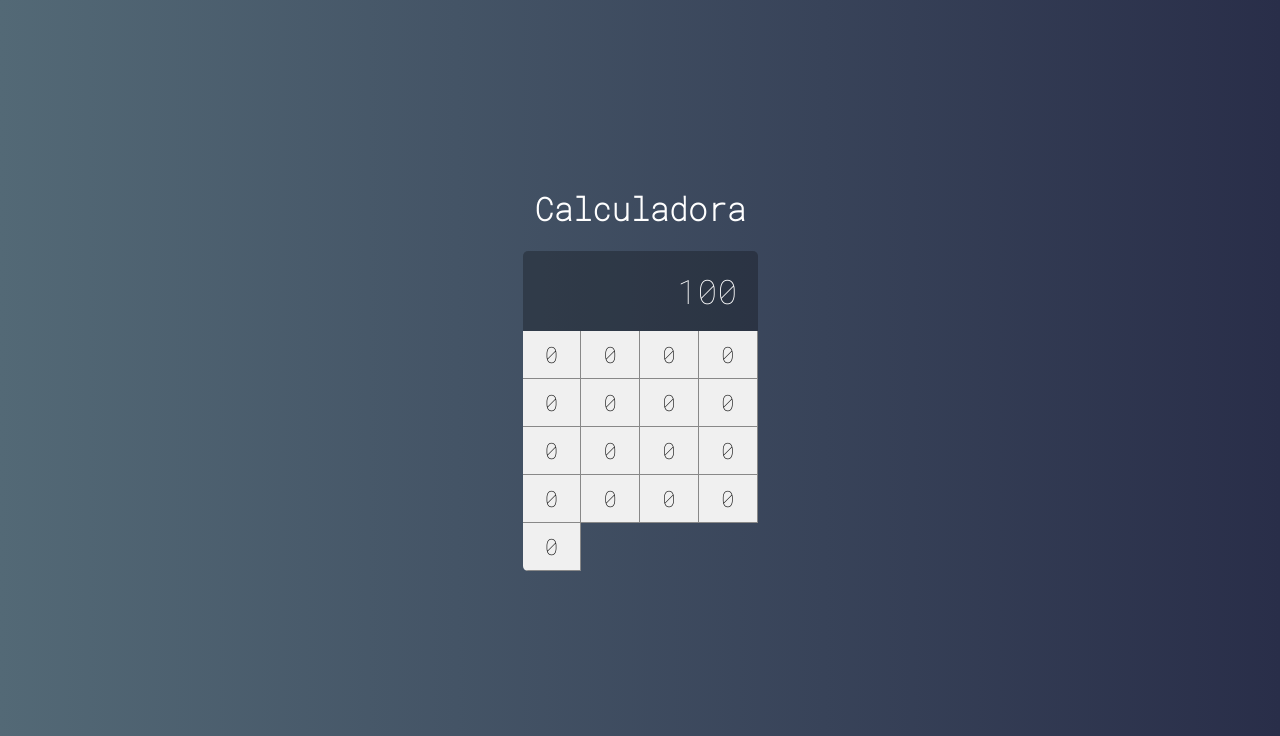
Repository: wellingtondevops/react-Calculator
Page: / (app in calculadora/)
The author's editor kept a copy of each file at every save. The page is drawn from the files as they stood at one save, then again after the next save.
The browser window is 1280 px wide. The pictures show the whole page.
The project was rebuilt for these pictures with package versions that can differ from the ones it lists, and the page was loaded fresh each time.

Above is the page before, as saved 2020-05-07 15:15:49.

### calculadora/src/index.js
import React from 'react';
import ReactDOM from 'react-dom';
import './index.css';
import Calculator from './main/Calculator'
import * as serviceWorker from './serviceWorker';

ReactDOM.render(
  <div>
  <h1>Calculadora</h1>
  <Calculator />
  </div>,
  document.getElementById('root')
);

// If you want your app to work offline and load faster, you can change
// unregister() to register() below. Note this comes with some pitfalls.
// Learn more about service workers: https://bit.ly/CRA-PWA
serviceWorker.unregister();

### calculadora/src/index.css
@font-face {
  font-family: 'RobotoMono';
  src: url('./fonts/RobotoMono-Thin.ttf')
}

* {
  font-family: 'RobotoMOno', monospace;
}

body {
  display: flex;
  height: 100vh;
  justify-content: center;
  align-items: center;
  text-align: center;

  color: #fff;
  background: linear-gradient(to right, rgb(83, 105 , 118), rgb(41, 46, 73));


}

### calculadora/src/main/Calculator.jsx
import React, {Component} from 'react'
import './Calculator.css'
import Button from '../components/Button'
import Display from '../components/Display'

export default class Calculator extends Component {
    render() {
        return (
            <div className="calculator">
                <Display value={100} />
                <Button label="AC"/>
                <Button label="/" />
                <Button label="7" />
                <Button label="8" />
                <Button label="9" />
                <Button label="*" />
                <Button label="4" />
                <Button label="5" />
                <Button label="6" />
                <Button label="-" />
                <Button label="1" />
                <Button label="2" />
                <Button label="3" />
                <Button label="+" />
                <Button label="0" />
                <Button label="." />
                <Button label="=" />
            </div>
        )
    }
}

### calculadora/src/main/Calculator.css
.calculator {
    height: 320px;
    width: 235px;
    border-radius: 5px;
    overflow: hidden;
    display: grid;
    grid-template-columns: repeat(4,25%);
    grid-template-rows: 1fr 48px 48px 48px 48px 48px ;
}

### calculadora/src/components/Button.jsx
import React from 'react'
import './Button.css'


export default props =>
    <button className='button'>0</button>

### calculadora/src/components/Display.jsx
import React, {Component} from 'react'
import './Display.css'

export default props =>
<div className="display">{props.value}</div>

### calculadora/src/components/Button.css
:root {
    --bg-button: #f0f0f0;
    --border-button: solid 1px #888;

}

.button {
    font-size: 1.4em;
    background-color:  var(--bg-button);
    border: none;
    border-right: var(--border-button);
    border-bottom: var(--border-button);
    outline: none;
}

.button:active {
    background-color: #ccc;
}
.button.double {
    grid-column: span 2;
}
.button.triple {
    grid-column: span 3;
}
.button.operation {
    background-color:#fa8231 ;
    color: #FFF;
}
.button.operation.button:active {
    background-color: #fa8231cc;
}

Loaded but not shown: calculadora/public/index.html (common file); calculadora/src/serviceWorker.js (common file); calculadora/src/components/Display.css (common file)

After the next save:
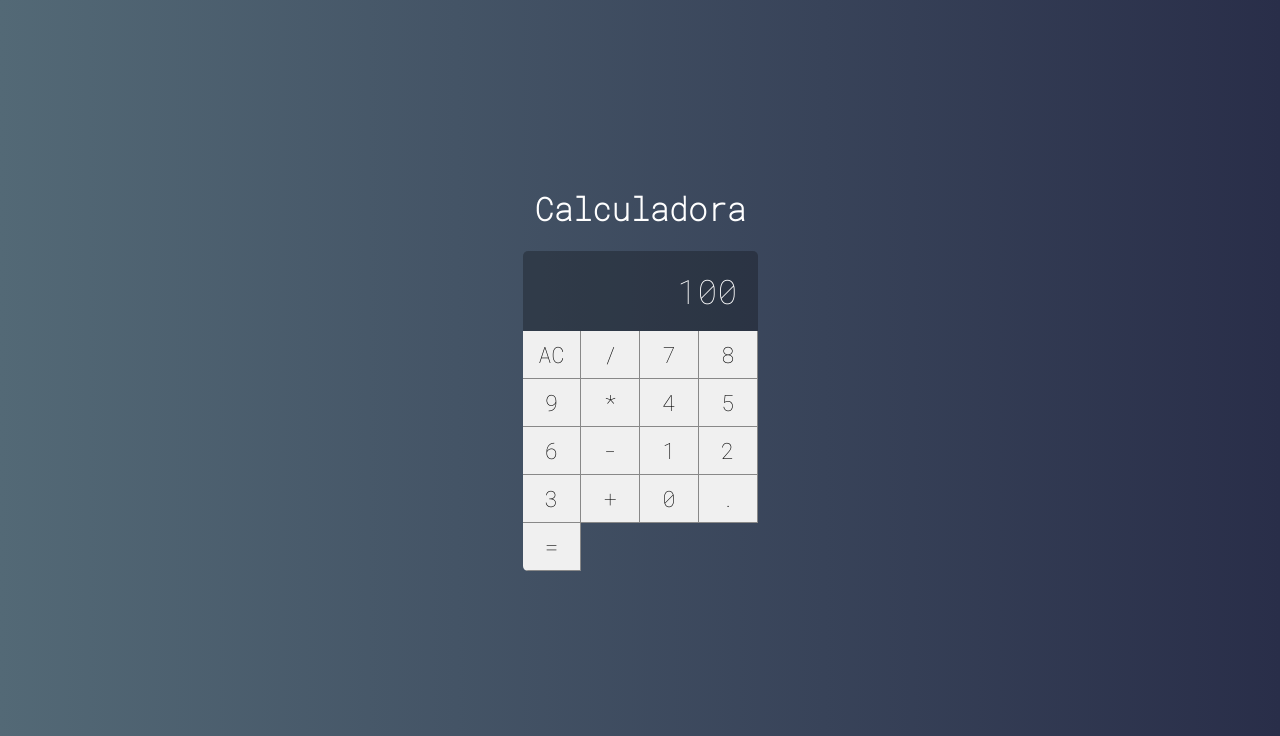
Saved 3 min 24 s later.
--- a/calculadora/src/components/Button.jsx
+++ b/calculadora/src/components/Button.jsx
@@ -3,4 +3,11 @@ import './Button.css'
 
 
 export default props =>
-    <button className='button'>0</button>
+    <button className={`
+        button
+        ${props.operation ? 'operation' : ''}
+        ${props.double ? 'double' : ''}
+        ${props.triple ? 'triple' : ''}
+    `}>
+        {props.label}
+    </button>
